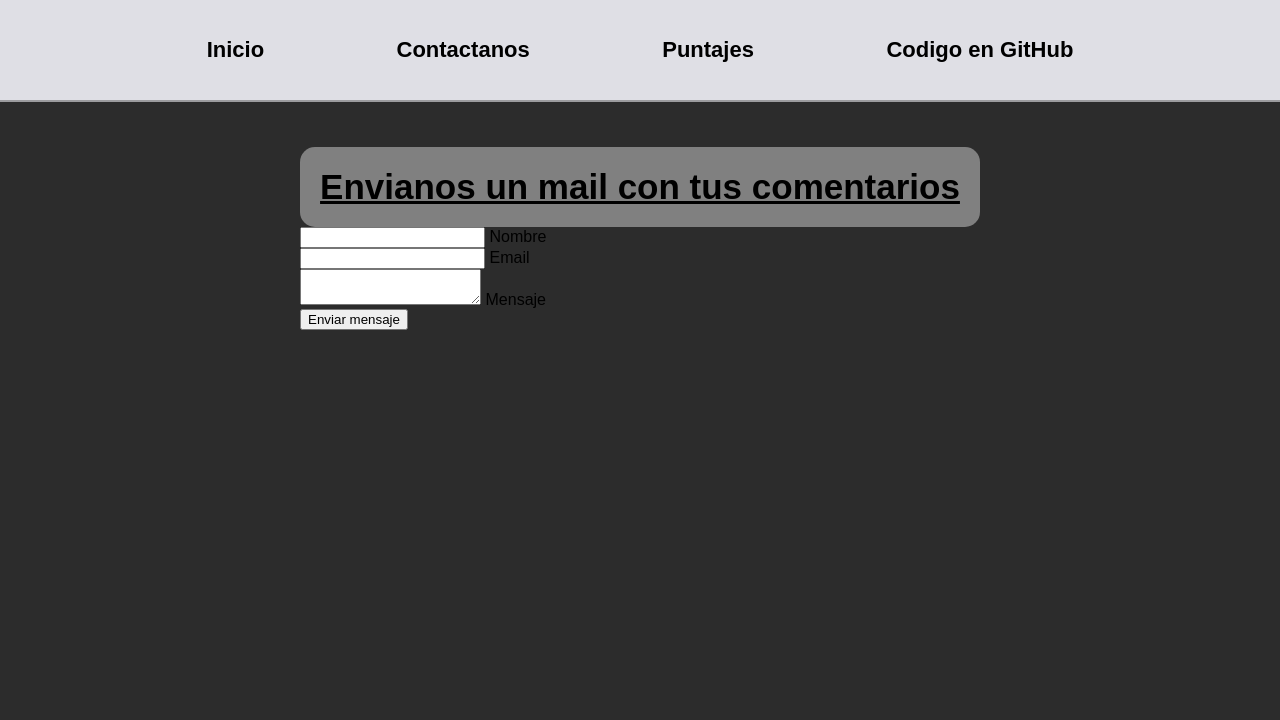
Repository: FacundoKinderknecht/FacundoKinderknecht_Wordle_Game_LPPA
Page: html/email.html
These files come from the project's save history. The page is drawn as it stood at one moment and after the next save; the edit follows.
The browser window is 1280 px wide. The pictures show the whole page.

Above is the page before, as saved 2023-08-08 10:00:03.

After the next save:
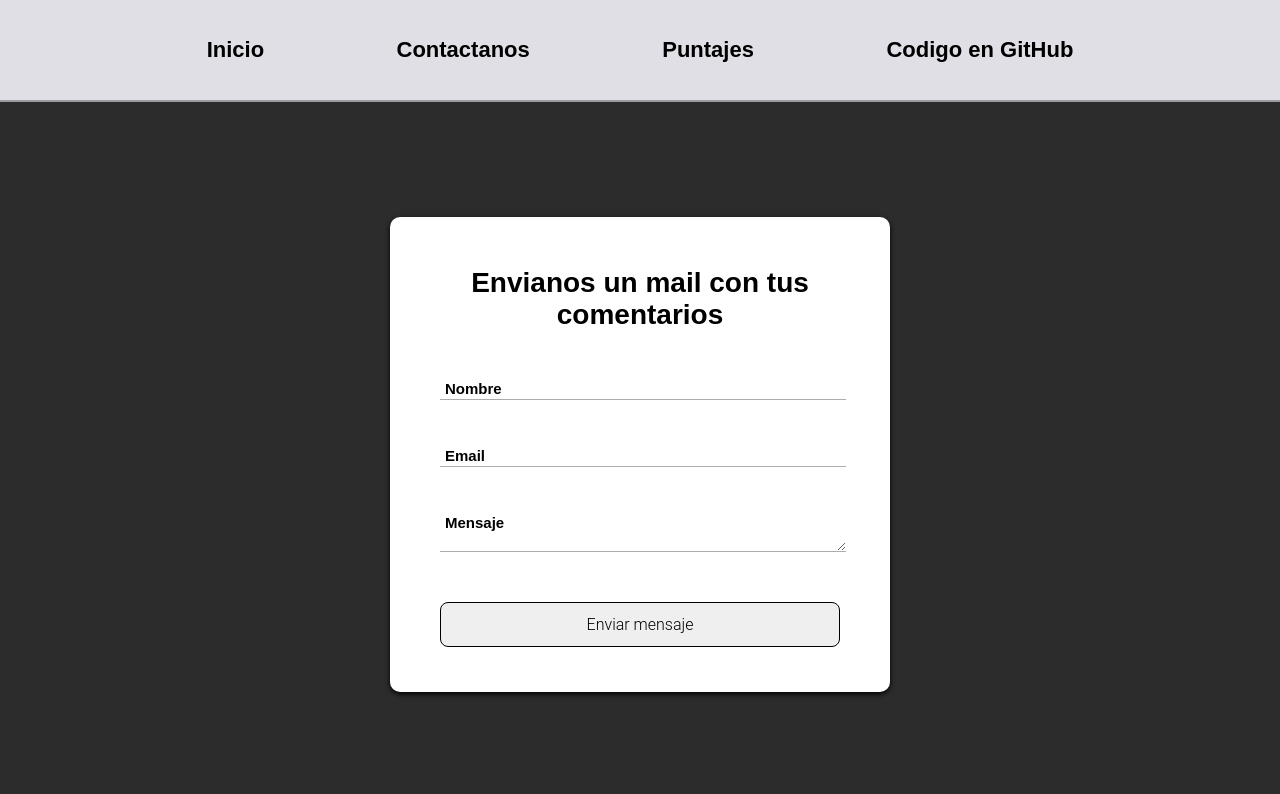
Saved 2 min 28 s later.
--- a/css/email.css
+++ b/css/email.css
@@ -1,57 +1,81 @@
-.table-container{
-    margin: auto;
-    margin-top: 15px;
-    width: 950px;
-    display:flex;
-    flex-direction: column;
-    align-items: center;
+form{
+    background-color: white;
+    margin: 100px auto;
+    width: 90%;
+    max-width: 400px;
+    padding: 50px;
+    padding-bottom: 25px;
+    border-radius: 10px;
+    box-shadow: 0px 2px 5px;
+    text-align: center;
 }
 
-h2{
-    background-color: grey;
-    padding: 20px;
-    border-radius: 15px;
-    color:black;
-    text-decoration-line:underline;
-    font-size: 35px;
+.form-title{
+    font-size: 28px;
+    margin-bottom: 40px;
     font-weight: 700;
-    margin: auto;
-    margin-top: 30px;
 }
 
-table{
-    text-align: left;
-    background-color: rgba(211, 211, 211, 0.959);
-    border-collapse: collapse;
-    width: 100%;
-    margin-top: 20px;
+.form-container{
+    margin-top: 50px;
+    display:flex;
+    margin: auto;
 }
 
-th,td{
-    padding: 10px;
-    border: solid 1px black;
+.group-form{
+    width: 100%;
+    position: relative;
+    margin-bottom: 30px;
 }
 
-thead{
-    font-weight: 700;
-    background-color: black;
-    border-bottom: solid 5px black;
-    color:white;
+.form-txt{
+    width: 100%;
+    background: none;
+    margin-bottom: 8px;
+    color: rgb(27, 27, 27);
+    font-size: 16px;
+    padding: 5px 3px;
+    border:none;
+    outline:none;
+    border-bottom: 1px solid rgb(87, 87, 87, 0.49);
 }
 
-tr:nth-child(even){
-    background-color: rgb(185, 184, 184);
+.form-txt:focus + .form-lbl, .form-txt:not(:placeholder-shown) + .form-lbl{
+    transform: translateY(-13px) scale(0.9);
+    transform-origin: left top;
 }
 
-tr:hover td{
-    background-color: white;
-    color:var(--celesteClaro);
-    cursor:pointer;
+.form-lbl{
+    position:absolute;
+    font-size: 15px;
+    top:0;
+    left:5px;
+    font-weight: bold;
+    transform: translateY(9px);
+    transform-origin: left bottom;
+    transition: transform .5s;
 }
 
-#text{
-    color:var(--blanco);
-    font-size: 25px;
-    font-weight: 700;
-    margin-top: 25px;
+.form-txt-error{
+    width: 100%;
+    color:rgb(255, 0, 0);
+    text-align: center;
 }
+
+.form-button{
+    width: 100%;
+    font-family: 'Roboto', sans-serif;
+    font-weight: 300;
+    font-size: 16px;
+    padding: 12px 0px;
+    border: 1px solid;
+    border-radius: 8px;
+    cursor: pointer;
+    transition: background-color .3s;
+    margin-top: 8px;
+    margin-bottom: 20px;
+}
+
+.hidden{
+    display: none;
+}
